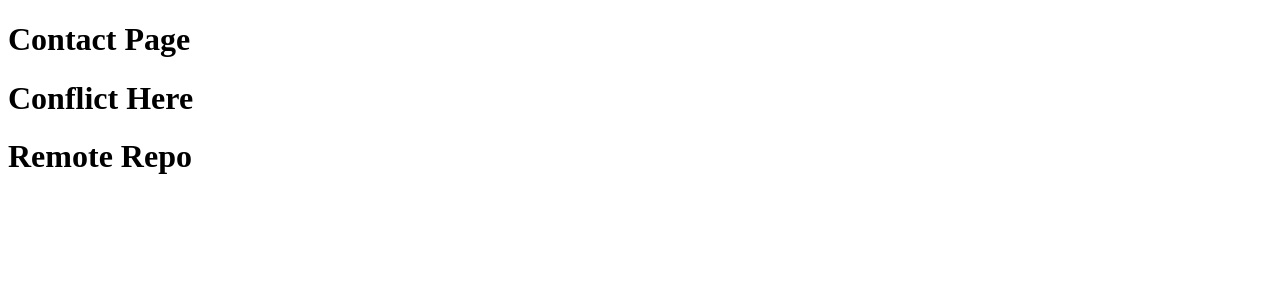
Repository: maianhbao9796/git_tutorial
Page: contact.html
The author's editor kept a copy of each file at every save. The page is drawn from the files as they stood at one save, then again after the next save.
The browser window is 1280 px wide. The pictures show the whole page.

Above is the page before, as saved 2023-02-17 14:19:10.

After the next save:
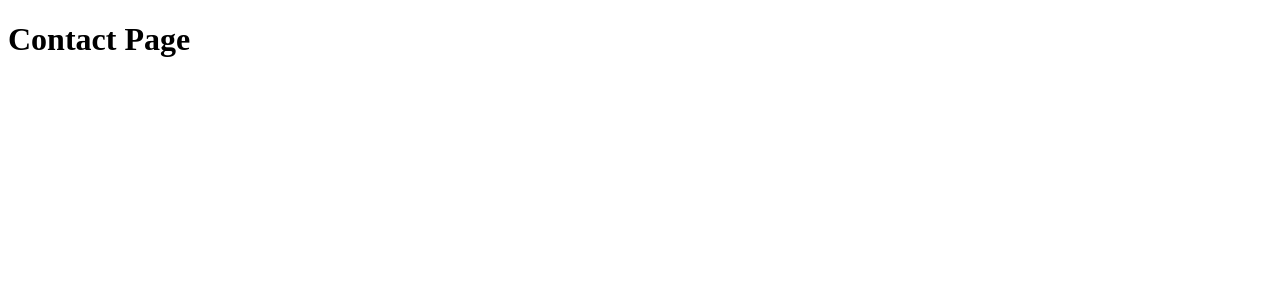
Saved 2 s later.
--- a/contact.html
+++ b/contact.html
@@ -8,7 +8,5 @@
 </head>
 <body>
     <h1>Contact Page</h1>
-    <h1>Conflict Here</h1>
-    <h1>Remote Repo</h1>
 </body>
 </html>
